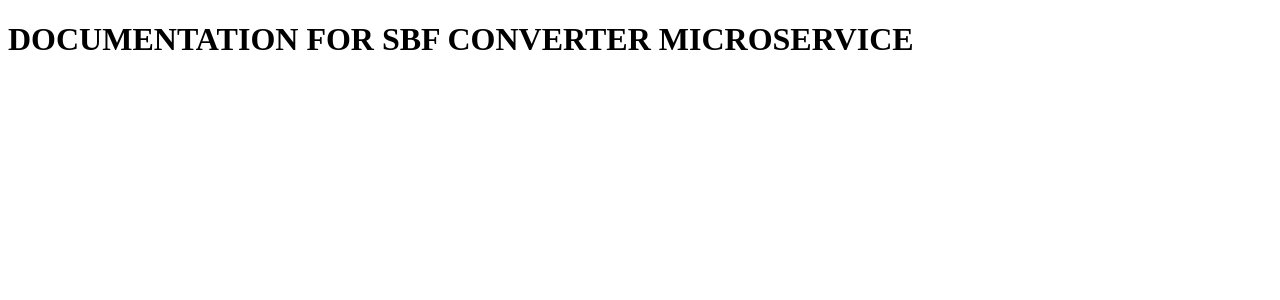
Repository: miguelamello/nestjs-restful-api
Page: documentation.html
The author's editor kept a copy of each file at every save. The page is drawn from the files as they stood at one save, then again after the next save.
The browser window is 1280 px wide. The pictures show the whole page.

Above is the page before, as saved 2023-03-21 21:38:08.

### documentation.html
<!DOCTYPE html>
<html lang="en">
<head>
  <meta charset="UTF-8">
  <meta http-equiv="X-UA-Compatible" content="IE=edge">
  <meta name="viewport" content="width=device-width, initial-scale=1.0">
  <title>SBF Converter Documentation</title>
  <style>

  </style>
</head>
<body>
  <H1>DOCUMENTATION FOR SBF CONVERTER MICROSERVICE</H1>
</body>
</html>

After the next save:
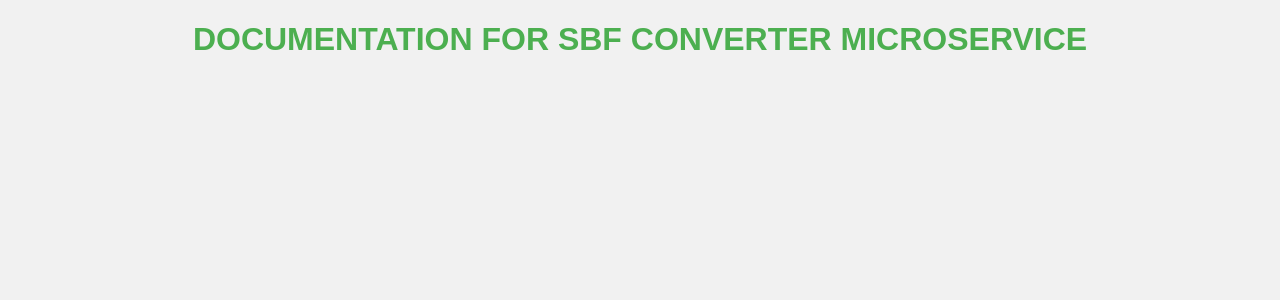
Saved 10 s later.
--- a/documentation.html
+++ b/documentation.html
@@ -6,7 +6,14 @@
   <meta name="viewport" content="width=device-width, initial-scale=1.0">
   <title>SBF Converter Documentation</title>
   <style>
-
+    body {
+      background-color: #f1f1f1;
+      font-family: Arial, Helvetica, sans-serif;
+    }
+    h1 {
+      text-align: center;
+      color: #4CAF50;
+    }
   </style>
 </head>
 <body>
